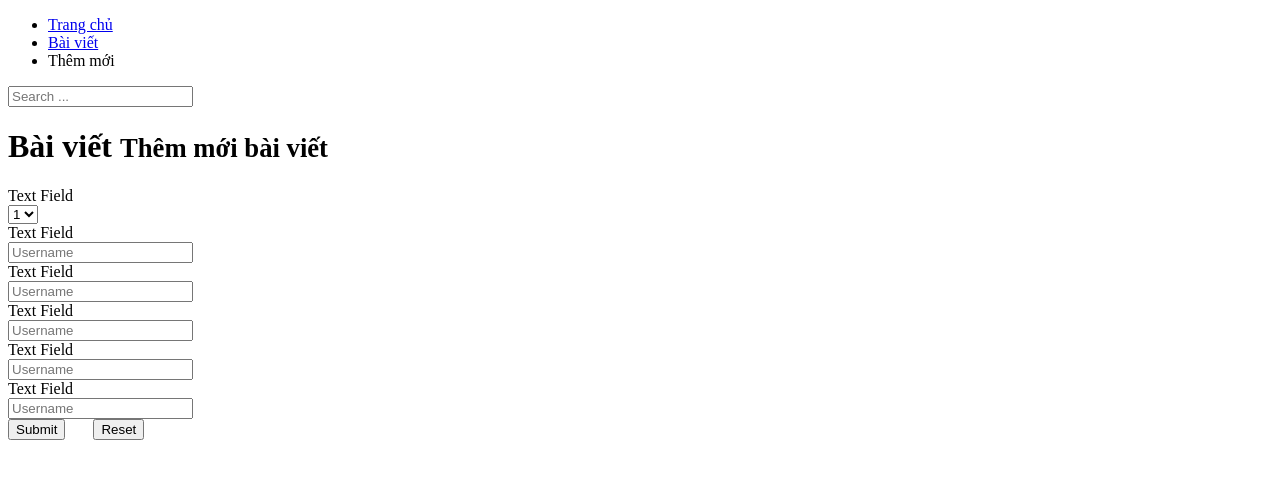
Repository: QuangThuanLion/Project_SpringMVC
Page: http://localhost/springweb-mvc/WEB-INF/views/admin/category/create.jsp
The author's editor kept a copy of each file at every save. The page is drawn from the files as they stood at one save, then again after the next save.
The browser window is 1280 px wide. The pictures show the whole page.
The page is served by Tomcat 9. Nobody is signed in. The template is opened directly, without the code that normally fills it, so the values that code supplies are empty.

Above is the page before, as saved 2020-07-08 15:02:52.

After the next save:
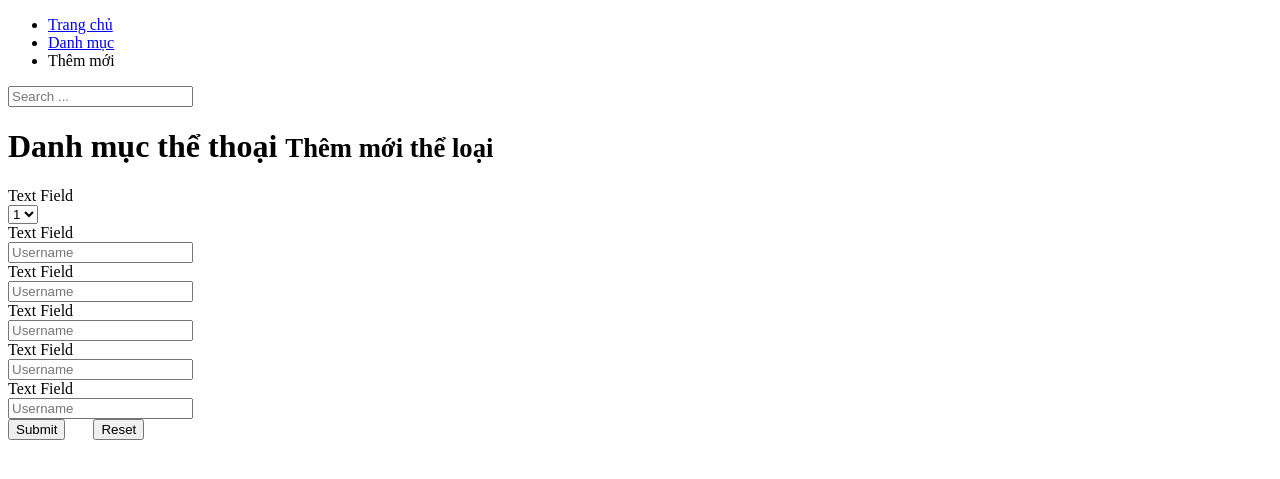
Saved 28 s later.
--- a/workspace/springweb-mvc/src/main/webapp/WEB-INF/views/admin/category/create.jsp
+++ b/workspace/springweb-mvc/src/main/webapp/WEB-INF/views/admin/category/create.jsp
@@ -17,7 +17,7 @@
 							</li>
 
 							<li>
-								<a href="#">Bài viết</a>
+								<a href="#">Danh mục</a>
 							</li>
 							<li class="active">Thêm mới</li>
 						</ul><!-- /.breadcrumb -->
@@ -35,10 +35,10 @@
 					<div class="page-content">
 						<div class="page-header">
 							<h1>
-								Bài viết
+								Danh mục thể thoại
 								<small>
 									<i class="ace-icon fa fa-angle-double-right"></i>
-									Thêm mới bài viết
+									Thêm mới thể loại
 								</small>
 							</h1>
 						</div><!-- /.page-header -->
